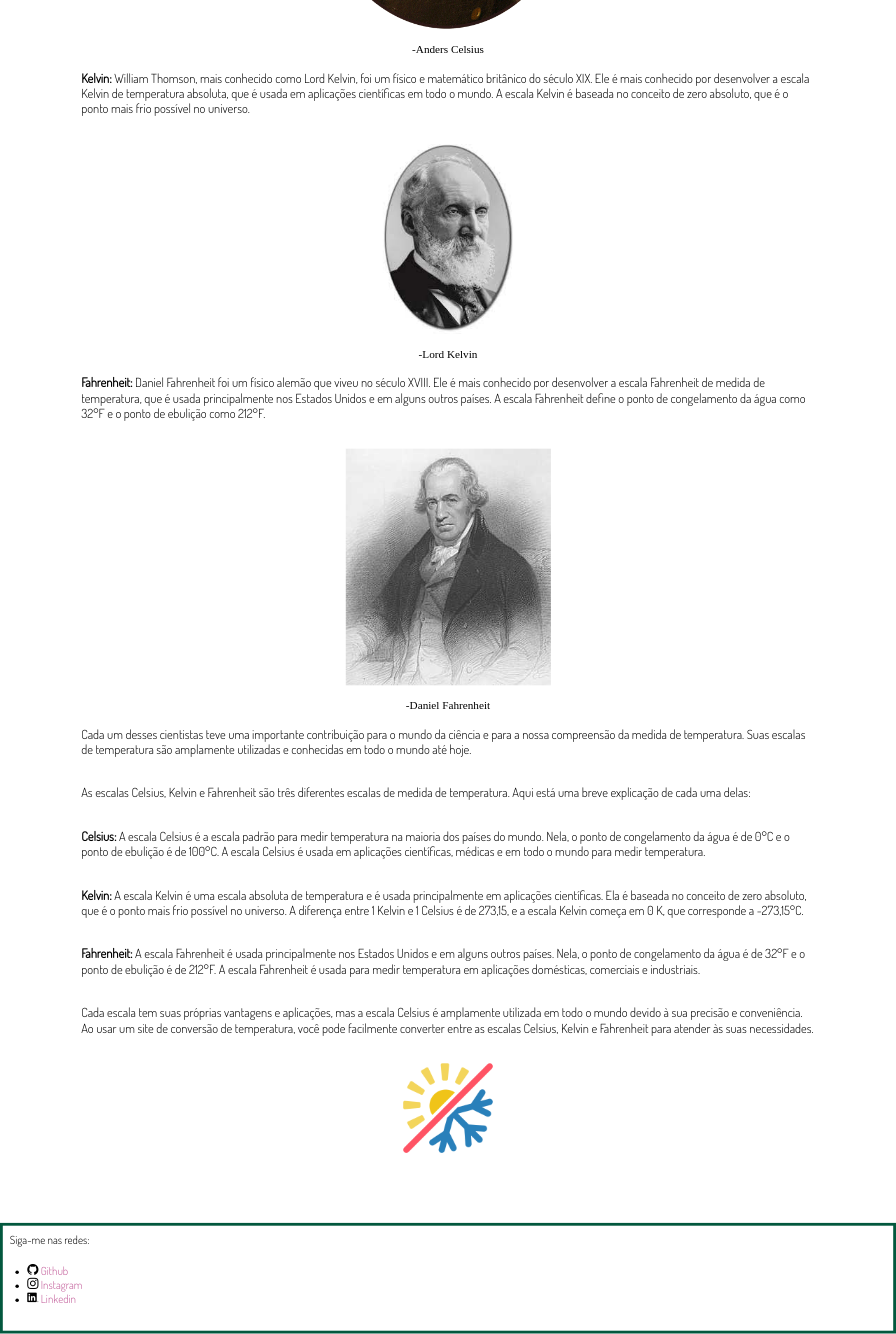
Repository: Leonngc/Conversor-de-temperatura
Page: history.html
These files come from the project's save history. The page is drawn as it stood at one moment and after the next save; the edit follows.
The browser window is 1280 px wide. The pictures show the part of the page from y = 1110 to 3030 px (the page is 3015 px tall before and 3030 px after), at 70% of full size.
Some web libraries are served in a nearby version.

Above is the page before, as saved 2023-02-12 01:12:25.

After the next save:
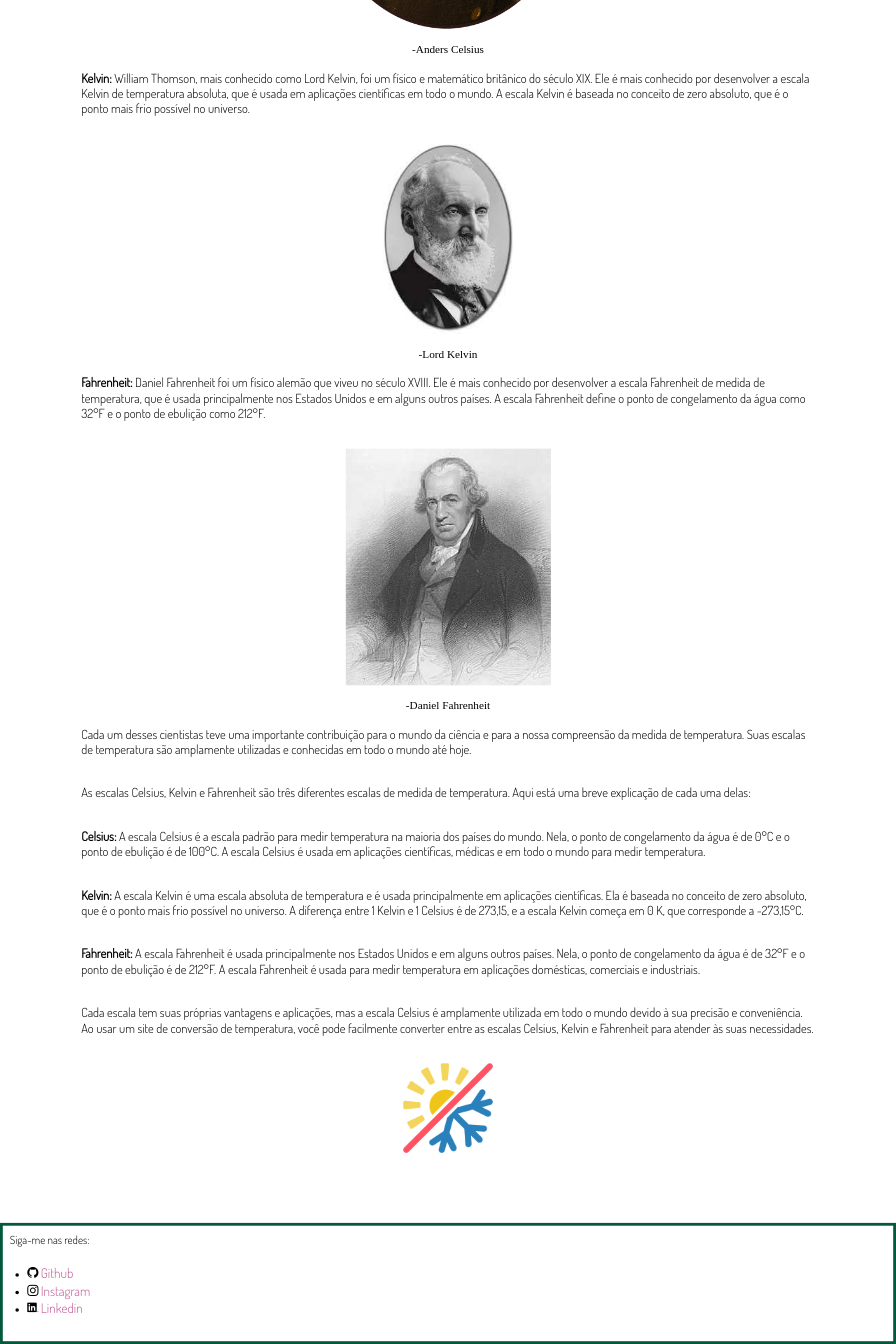
Saved 1 s later.
--- a/history.css
+++ b/history.css
@@ -120,4 +120,5 @@ footer > ul{
 
 footer > ul > li > a{
     color: rgb(193, 90, 152);
-    font
+    font-size: 19px;
+}
